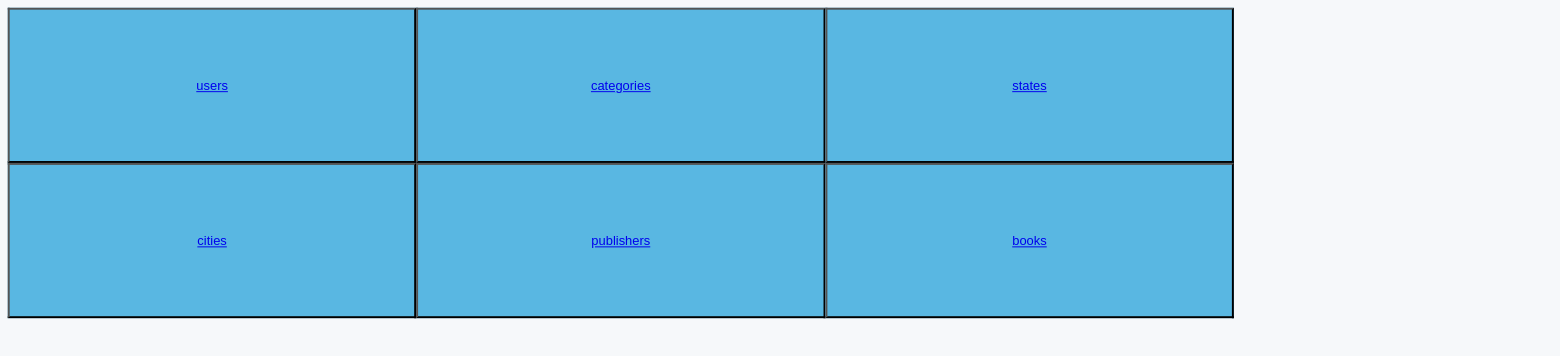
Repository: fontanive12/Biblioteca
Page: front/paginaInicial.html
An editor plug-in stored every save of this project. The page is shown before and after the next save, followed by the edit.
The browser window is 1280 px wide. The page is 1280 px wide, then 1608 px, then 1280 px, so the pictures cover 1608 px, including what lies to the right of the window. The pictures show the whole page, at 97% of full size.

Above is the page before, as saved 2022-09-05 17:29:28.

After the next save:
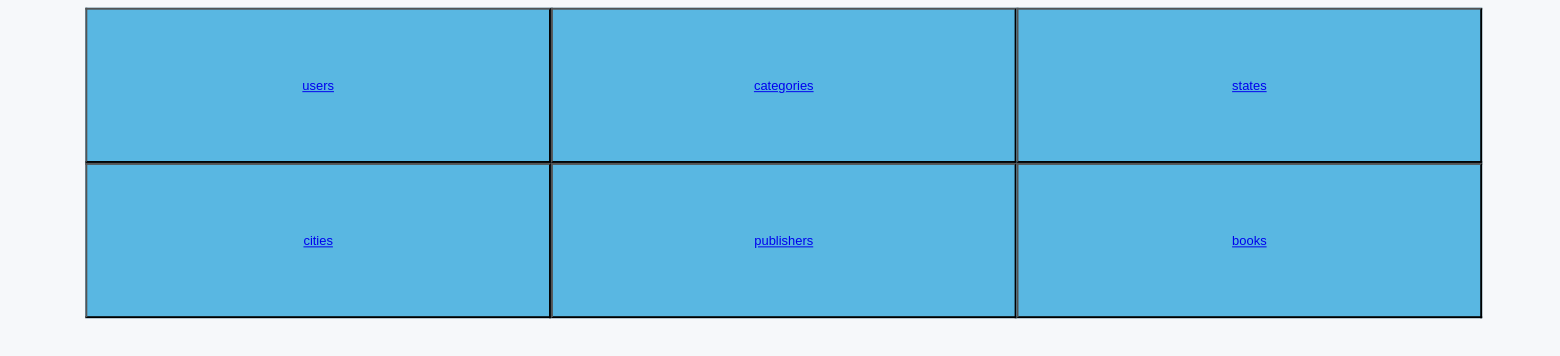
Saved 6 min 12 s later.
--- a/front/styles.css
+++ b/front/styles.css
@@ -17,6 +17,8 @@
         text-align: center;
         /* max-width: 100rem;*/
         max-height: 1000px;
+        width: 100rem;
+height: 35rem;
 }
 
 .containerButtons {

After the 2 saves that followed:
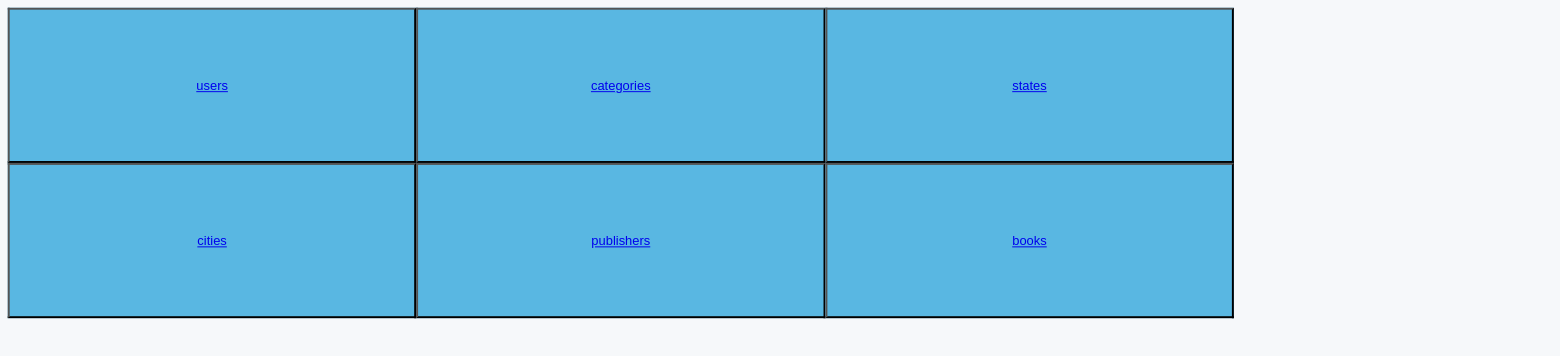
The 2 saves are shown as one change because 1 left the picture as it was.
The last was saved 19 s later.
--- a/front/styles.css
+++ b/front/styles.css
@@ -16,8 +16,7 @@
         padding: 0rem;
         text-align: center;
         /* max-width: 100rem;*/
-        max-height: 1000px;
-        width: 100rem;
+        width: 100%;
 height: 35rem;
 }
 
